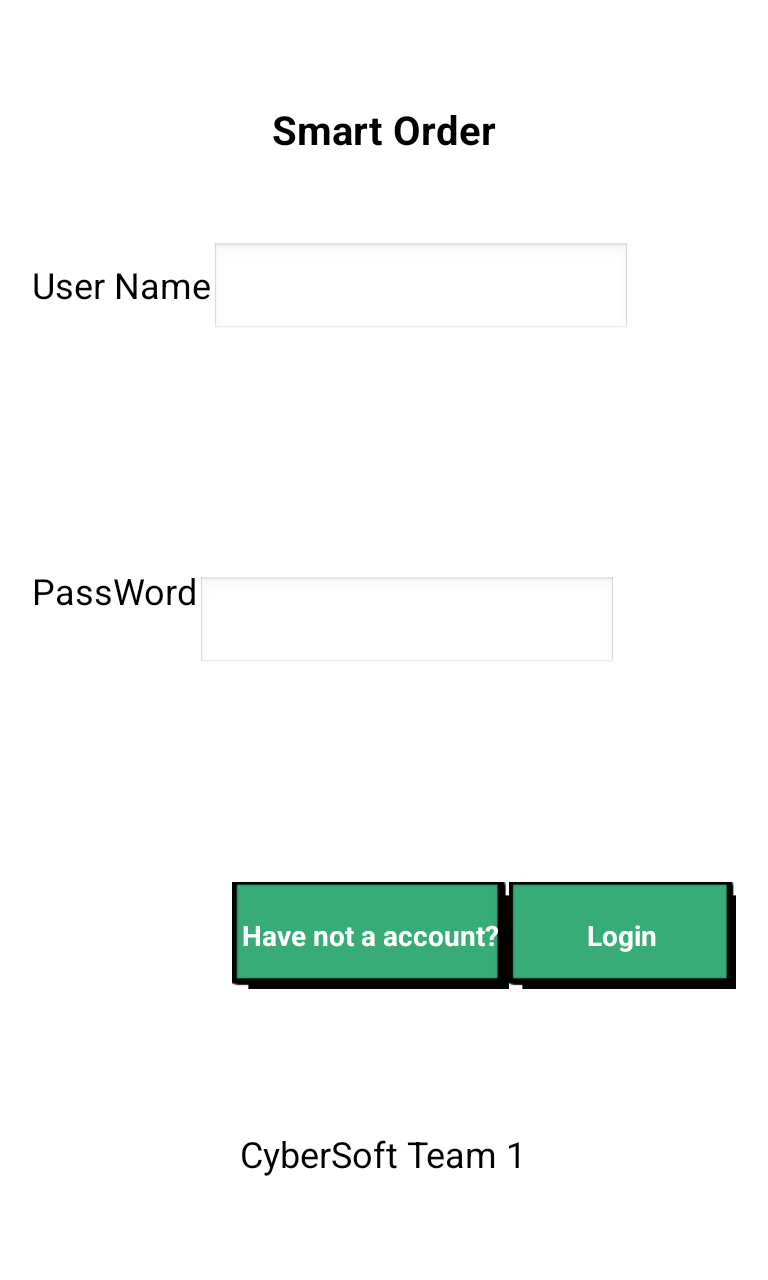
Repository: VanThi/Smart_Order
Layout: Project OS/Project_SO/res/layout/activity_login.xml
The author's editor kept a copy of each file at every save. The layout is drawn from the files as they stood at one save, then again after the next save.
It is drawn on a 768 x 1280 px phone screen (xhdpi) without system bars, with theme android:Theme.Light.NoTitleBar.Fullscreen; the app's code is not run.

Above is the layout before, as saved 2013-11-09 12:01:34.

### Project OS/Project_SO/res/layout/activity_login.xml
<LinearLayout xmlns:android="http://schemas.android.com/apk/res/android"
    xmlns:tools="http://schemas.android.com/tools"
    android:layout_width="match_parent"
    android:layout_height="match_parent"
    android:orientation="vertical"
    android:paddingBottom="@dimen/activity_vertical_margin"
    android:paddingLeft="@dimen/activity_horizontal_margin"
    android:paddingRight="@dimen/activity_horizontal_margin"
    android:paddingTop="@dimen/activity_vertical_margin"
    tools:context=".LoginActivity" >

    <TextView
        android:layout_width="wrap_content"
        android:layout_height="0dip"
        android:layout_gravity="center_horizontal"
        android:layout_weight="1" />

    <TextView
        android:id="@+id/smartOrder"
        android:layout_width="wrap_content"
        android:layout_height="0dip"
        android:layout_gravity="center_horizontal"
        android:layout_weight="2"
        android:text="@string/app_name"
        android:textAppearance="?android:attr/textAppearanceLarge"
        android:textSize="20sp"
        android:textStyle="bold" />

    <LinearLayout
        android:layout_width="wrap_content"
        android:layout_height="wrap_content"
        android:layout_weight="3"
        android:baselineAligned="false"
        android:orientation="vertical" >

        <LinearLayout
            android:layout_width="wrap_content"
            android:layout_height="wrap_content"
            android:orientation="horizontal" >

            <TextView
                android:id="@+id/tv_userName"
                android:layout_width="wrap_content"
                android:layout_height="wrap_content"
                android:text="@string/userName"
                android:textAppearance="?android:attr/textAppearanceMedium" />

            <EditText
                android:id="@+id/et_userName_login"
                android:layout_width="wrap_content"
                android:layout_height="wrap_content"
                android:ems="10"
                android:inputType="text" />
        </LinearLayout>
    </LinearLayout>

    <LinearLayout
        android:layout_width="wrap_content"
        android:layout_height="wrap_content"
        android:layout_weight="3"
        android:orientation="horizontal" >

        <TextView
            android:id="@+id/tv_pass"
            android:layout_width="wrap_content"
            android:layout_height="wrap_content"
            android:text="@string/password"
            android:textAppearance="?android:attr/textAppearanceMedium" />

        <EditText
            android:id="@+id/et_pass_login"
            android:layout_width="wrap_content"
            android:layout_height="wrap_content"
            android:layout_marginTop="14dp"
            android:ems="10"
            android:inputType="textPassword" />
    </LinearLayout>

    <LinearLayout
        android:layout_width="wrap_content"
        android:layout_height="wrap_content"
        android:layout_gravity="right"
        android:layout_weight="2"
        android:orientation="horizontal" >

        <Button
            android:id="@+id/register"
            style="@style/Button"
            android:layout_width="wrap_content"
            android:layout_height="wrap_content"
            android:text="@string/register" />

        <Button
            android:id="@+id/login"
            style="@style/Button"
            android:layout_width="wrap_content"
            android:layout_height="wrap_content"
            android:text="@string/login" />
    </LinearLayout>

    <TextView
        android:id="@+id/cyberTeam"
        android:layout_width="wrap_content"
        android:layout_height="wrap_content"
        android:layout_gravity="center"
        android:layout_weight="1"
        android:text="@string/developer"
        android:textAppearance="?android:attr/textAppearanceMedium" />

</LinearLayout>

### Project OS/Project_SO/res/values/strings.xml
<?xml version="1.0" encoding="utf-8"?>
<resources>

    <string name="app_name">Smart Order</string>
    <string name="action_settings">Settings</string>
    <string name="hello_world">Hello world!</string>
    <string name="menu_item">Menu</string>
    <string name="configuration">View Info</string>
    <string name="viewOrder">View Order</string>
    <string name="logout">Logout</string>
    <string name="exit">Exit</string>
    <string name="userName">User Name</string>
    <string name="password">PassWord</string>
    <string name="address">Address</string>
    <string name="phoneNumber">Phone Number</string>
    <string name="email">Email</string>
    <string name="confirm">Confirm</string>
    <string name="fullName">Full Name</string>
    <string name="register">Have not a account?</string>
    <string name="login">Login</string>
    <string name="developer">CyberSoft Team 1</string>
    <string name="clear">Clear</string>
    <string name="update">Update</string>
    <string name="order">Order</string>
    <string name="save">Save</string>
    <string name="registerForm">Register Form</string>
	<string name="configurationForm">View Info</string>
	<string name="ok">OK</string>
	<string name="back">Back</string>
	<string name="inc">+</string>
	<string name="dec">-</string>

</resources>

### Project OS/Project_SO/res/values/styles.xml
<resources>

    <!--
        Base application theme, dependent on API level. This theme is replaced
        by AppBaseTheme from res/values-vXX/styles.xml on newer devices.
    -->
    <style name="AppBaseTheme" parent="android:Theme.Light">
        <!--
            Theme customizations available in newer API levels can go in
            res/values-vXX/styles.xml, while customizations related to
            backward-compatibility can go here.
        -->
    </style>

    <style name="NoActionBar" parent="@android:style/Theme.Holo.NoActionBar">
        <!-- Inherits the Holo theme with no action bar; no other styles needed. -->
    </style>

    <!-- Application theme. -->
    <style name="AppTheme" parent="AppBaseTheme">
        <!-- All customizations that are NOT specific to a particular API-level can go here. -->
    </style>

    <style name="HeaderBG">
        <item name="android:layout_width">fill_parent</item>
        <item name="android:layout_height">60dp</item>
        <item name="android:background">@drawable/header_bg</item>
        <item name="android:orientation">horizontal</item>
    </style>

    <style name="HeaderText">
        <item name="android:textColor">#FFFFFF</item>
        <item name="android:textSize">22sp</item>
        <item name="android:textStyle">bold</item>
        <item name="android:ellipsize">end</item>
        <item name="android:gravity">center</item>
        <item name="android:singleLine">true</item>
        <item name="android:text">@string/app_name</item>
    </style>

    <style name="Background">
        <item name="android:layout_width">fill_parent</item>
        <item name="android:layout_height">fill_parent</item>
        <item name="android:background">@color/background</item>
        <item name="android:orientation">vertical</item>
    </style>

    <style name="MENU">
        <item name="android:layout_width">fill_parent</item>
        <item name="android:layout_height">63dp</item>
        <item name="android:background">@drawable/menu_bg</item>
        <item name="android:gravity">center_vertical</item>
        <item name="android:padding">10dp</item>
        <item name="android:textColor">#FFFFFF</item>
        <item name="android:textSize">16sp</item>
    </style>

    <style name="TextDescription">
        <item name="android:textColor">@color/black</item>
        <item name="android:textSize">16sp</item>
        <item name="android:typeface">sans</item>
        <item name="android:textStyle">bold</item>
    </style>

    <style name="Text">
        <item name="android:textColor">@color/black</item>
        <item name="android:textSize">20sp</item>
        <item name="android:typeface">sans</item>
    </style>

    <style name="EditText">
        <item name="android:textColor">@color/black</item>
        <item name="android:textSize">14sp</item>
        <item name="android:typeface">sans</item>
        <item name="android:padding">5dp</item>
    </style>

    <style name="Button">
        <item name="android:padding">5dp</item>
        <item name="android:textStyle">bold</item>
        <item name="android:textColor">@color/white</item>
        <item name="android:textSize">14sp</item>
        <item name="android:background">@drawable/btn_bg</item>
        <item name="android:typeface">sans</item>
        <item name="android:layout_width">90dp</item>
        <item name="android:layout_height">40dp</item>
    </style>

    <style name="ButtonRight">
        <item name="android:padding">5dp</item>
        <item name="android:textStyle">bold</item>
        <item name="android:textColor">@color/white</item>
        <item name="android:textSize">14sp</item>
        <item name="android:background">@drawable/btn_bg</item>
        <item name="android:typeface">sans</item>
        <item name="android:layout_width">90dp</item>
        <item name="android:layout_height">40dp</item>
        <item name="android:layout_marginLeft">5dp</item>
    </style>

    <style name="CustomProgressBar" parent="android:Widget.ProgressBar.Horizontal">
        <item name="android:layout_width">200dp</item>
        <item name="android:layout_height">wrap_content</item>
        <item name="android:padding">5dp</item>
        <item name="android:layout_marginRight">10dp</item>
        <item name="android:indeterminateOnly">false</item>
        <item name="android:progressDrawable">@drawable/custom_progress_bar_horizontal</item>
        <item name="android:minHeight">10dip</item>
        <item name="android:maxHeight">20dip</item>
    </style>


</resources>

### Project OS/Project_SO/res/values/colors.xml
<?xml version="1.0" encoding="utf-8"?>
<resources>
	<color name="transparent">#00000000</color>
	<color name="menu_background">#C0C0C0</color>
	<color name="background">#ffffff</color>

	<!-- Process bar -->
	<color name="black">#000000</color>
	<color name="white">#ffffff</color>
	<color name="progressbar">#4b80ce</color>

</resources>

### Project OS/Project_SO/res/drawable/btn_bg.xml
<?xml version="1.0" encoding="utf-8"?>
<selector xmlns:android="http://schemas.android.com/apk/res/android">
    <item android:state_pressed="true"
          android:drawable="@drawable/btn_bg_selected" /> <!-- pressed -->
    <item android:state_focused="true"
          android:drawable="@drawable/btn_bg_selected" /> <!-- focused -->
    <item android:drawable="@drawable/btn_bg_normal" /> <!-- default -->
</selector>

Loaded but not shown: Project OS/Project_SO/res/values/dimens.xml (common file)

After the next save:
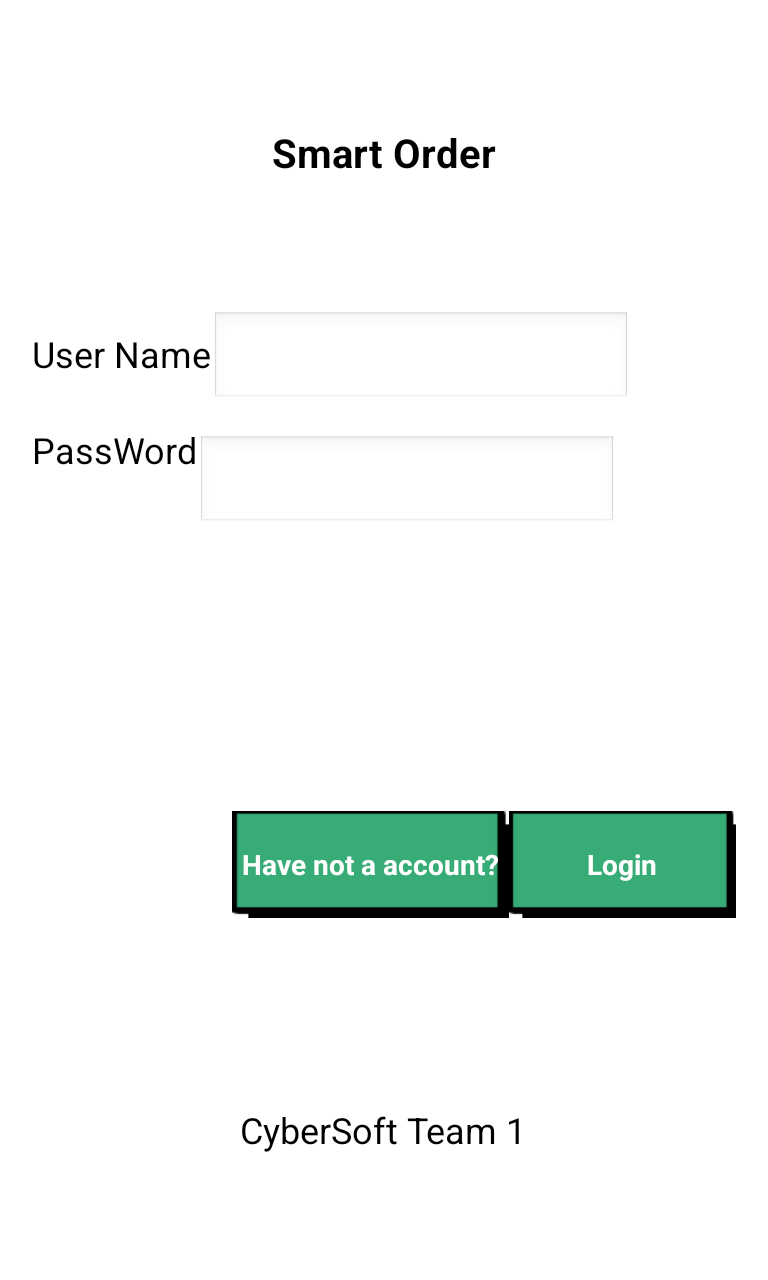
Saved 33 s later.
--- a/Project OS/Project_SO/res/layout/activity_login.xml
+++ b/Project OS/Project_SO/res/layout/activity_login.xml
@@ -52,28 +52,28 @@
                 android:ems="10"
                 android:inputType="text" />
         </LinearLayout>
-    </LinearLayout>
 
-    <LinearLayout
-        android:layout_width="wrap_content"
-        android:layout_height="wrap_content"
-        android:layout_weight="3"
-        android:orientation="horizontal" >
-
-        <TextView
-            android:id="@+id/tv_pass"
+        <LinearLayout
             android:layout_width="wrap_content"
             android:layout_height="wrap_content"
-            android:text="@string/password"
-            android:textAppearance="?android:attr/textAppearanceMedium" />
+            android:layout_weight="3"
+            android:orientation="horizontal" >
 
-        <EditText
-            android:id="@+id/et_pass_login"
-            android:layout_width="wrap_content"
-            android:layout_height="wrap_content"
-            android:layout_marginTop="14dp"
-            android:ems="10"
-            android:inputType="textPassword" />
+            <TextView
+                android:id="@+id/tv_pass"
+                android:layout_width="wrap_content"
+                android:layout_height="wrap_content"
+                android:text="@string/password"
+                android:textAppearance="?android:attr/textAppearanceMedium" />
+
+            <EditText
+                android:id="@+id/et_pass_login"
+                android:layout_width="wrap_content"
+                android:layout_height="wrap_content"
+                android:layout_marginTop="14dp"
+                android:ems="10"
+                android:inputType="textPassword" />
+        </LinearLayout>
     </LinearLayout>
 
     <LinearLayout
